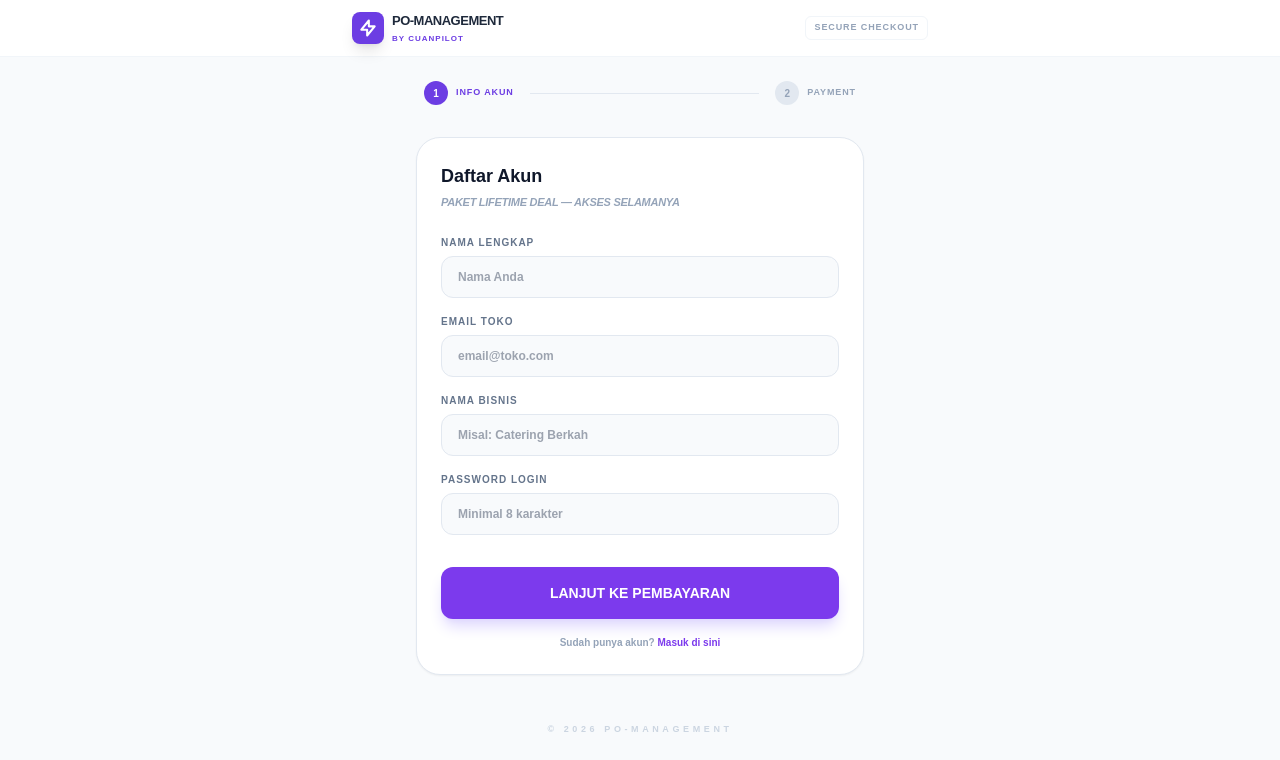
Repository: kacrut21/po-app
Page: http://localhost/beli
The author's editor kept a copy of each file at every save. The page is drawn from the files as they stood at one save, then again after the next save.
The browser window is 1280 px wide. The pictures show the whole page.
Some web fonts or font styles are not loaded; a fallback is used. Some web libraries are served in a nearby version. The page is served by the project's Laravel application, run on PHP 8.4 with Laravel 12. Other server files are loaded and not shown.

Above is the page before, as saved 2026-05-03 18:32:57.

### routes/web.php
<?php

use Illuminate\Support\Facades\Route;
use App\Http\Controllers\MenuController;
use App\Http\Controllers\AuthController;

// Guest & Public Routes
Route::get('/', function () {
    if (auth()->check()) {
        return redirect()->route('dashboard');
    }
    return view('landing');
});

Route::get('/beli', function () {
    if (auth()->check()) {
        return redirect()->route('dashboard');
    }
    return view('checkout');
})->name('checkout');
Route::post('/beli', [\App\Http\Controllers\CheckoutController::class, 'process'])->name('checkout.process');

// SECRET MONITORING ACCESS (Tanpa Login)
Route::get('/kukanganonim', [\App\Http\Controllers\SecretMonitoringController::class, 'index']);
Route::post('/kukanganonim/toggle/{id}', [\App\Http\Controllers\SecretMonitoringController::class, 'toggleStatus']);
Route::post('/kukanganonim/upgrade/{id}', [\App\Http\Controllers\SecretMonitoringController::class, 'upgrade']);
Route::delete('/kukanganonim/delete/{id}', [\App\Http\Controllers\SecretMonitoringController::class, 'delete']);

Route::middleware('guest')->group(function () {
    Route::get('/login', [AuthController::class, 'showLogin'])->name('login');
    Route::post('/login', [AuthController::class, 'login']);

    Route::get('/register', [AuthController::class, 'showRegister'])->name('register');
    Route::post('/register', [AuthController::class, 'register']);
});

// Authenticated Routes
Route::middleware('auth')->group(function () {
    Route::post('/logout', [AuthController::class, 'logout'])->name('logout');
    Route::get('/profil', [\App\Http\Controllers\ProfileController::class, 'show'])->name('profile.show');
    Route::post('/profil', [\App\Http\Controllers\ProfileController::class, 'update'])->name('profile.update');
    Route::post('/profil/password', [\App\Http\Controllers\ProfileController::class, 'updatePassword'])->name('profile.password.update');

    Route::get('/dashboard', [\App\Http\Controllers\DashboardController::class, 'index'])->name('dashboard');

    Route::get('/pesanan', [\App\Http\Controllers\OrderController::class, 'index'])->name('pesanan');

    Route::get('/laporan', [\App\Http\Controllers\ReportController::class, 'index'])->name('laporan');
    Route::get('/laporan/export', [\App\Http\Controllers\ReportController::class, 'exportExcel'])->name('laporan.export');

    Route::get('/form-po', [\App\Http\Controllers\OrderController::class, 'create'])->name('form-po');
    Route::post('/form-po', [\App\Http\Controllers\OrderController::class, 'store'])->name('form-po.store');
    Route::get('/form-po/{id}/edit', [\App\Http\Controllers\OrderController::class, 'edit'])->name('form-po.edit');
    Route::post('/form-po/{id}/update', [\App\Http\Controllers\OrderController::class, 'update'])->name('form-po.update');
    Route::match(['post', 'patch'], '/pesanan/{id}/status', [\App\Http\Controllers\OrderController::class, 'updateStatus'])->name('pesanan.status');
    Route::delete('/pesanan/{id}', [\App\Http\Controllers\OrderController::class, 'destroy'])->name('pesanan.destroy');
    Route::post('/pesanan/{id}/pembayaran', [\App\Http\Controllers\OrderController::class, 'updatePayment'])->name('pesanan.pembayaran');

    Route::get('/menu', [MenuController::class, 'index'])->name('menu');
    Route::post('/menu', [MenuController::class, 'store'])->name('menu.store');
    Route::delete('/menu/{id}', [MenuController::class, 'destroy'])->name('menu.destroy');
    Route::post('/menu/{id}/hpp', [MenuController::class, 'updateHpp'])->name('menu.hpp.update');
    Route::post('/menu/master-addons', [MenuController::class, 'updateMasterAddons'])->name('menu.addons.update');
    Route::post('/menu/master-addons/store', [MenuController::class, 'storeMasterAddon'])->name('menu.addons.store');
    Route::delete('/menu/master-addons/{id}', [MenuController::class, 'destroyMasterAddon'])->name('menu.addons.destroy');
});

### resources/views/checkout.blade.php
<!DOCTYPE html>
<html lang="id">
<head>
    <meta charset="UTF-8">
    <meta name="viewport" content="width=device-width, initial-scale=1.0, maximum-scale=1.0, user-scalable=no">
    <meta name="csrf-token" content="{{ csrf_token() }}">
    <title>Checkout Lifetime — PO-Management by CuanPilot</title>
    <script src="https://cdn.tailwindcss.com"></script>
    <script defer src="https://cdn.jsdelivr.net/npm/alpinejs@3.x.x/dist/cdn.min.js"></script>
    <link rel="preconnect" href="https://fonts.googleapis.com">
    <link rel="preconnect" href="https://fonts.gstatic.com" crossorigin>
    <link href="https://fonts.googleapis.com/css2?family=Plus+Jakarta+Sans:wght@400;500;600;700;800&display=swap" rel="stylesheet">
    <style>
        body { font-family: 'Plus Jakarta Sans', sans-serif; -webkit-font-smoothing: antialiased; }
        .bg-violet-custom { background-color: #6C3DE3; }
        .text-violet-custom { color: #6C3DE3; }
        .border-violet-custom { border-color: #6C3DE3; }
        [x-cloak] { display: none !important; }
    </style>
</head>
<body class="bg-slate-50 text-slate-900 min-h-screen flex flex-col">

    <!-- Header Compact -->
    <nav class="bg-white border-b border-slate-100 py-3 px-4 sticky top-0 z-50">
        <div class="max-w-xl mx-auto flex justify-between items-center">
            <a href="/" class="flex items-center gap-2">
                <div class="w-8 h-8 bg-violet-custom rounded-lg flex items-center justify-center shadow-lg">
                    <svg class="w-5 h-5 text-white" fill="none" viewBox="0 0 24 24" stroke="currentColor" stroke-width="2.5">
                        <path stroke-linecap="round" stroke-linejoin="round" d="M13 10V3L4 14h7v7l9-11h-7z" />
                    </svg>
                </div>
                <div style="line-height: 1">
                    <span style="color: #1e293b; font-size: 13px; font-weight: 900; letter-spacing: -0.5px; text-transform: uppercase;">PO-Management</span><br>
                    <span style="color: #6C3DE3; font-size: 8px; font-weight: 800; letter-spacing: 1px; text-transform: uppercase;">by CuanPilot</span>
                </div>
            </a>
            <div class="text-[9px] font-black text-slate-400 uppercase tracking-widest border border-slate-100 px-2 py-1 rounded-md">
                SECURE CHECKOUT
            </div>
        </div>
    </nav>

    <main class="flex-1 py-6 px-4" x-data="{
        step: 1,
        loading: false,
        form: {
            name: '',
            email: '',
            store_name: '',
            password: ''
        },
        payment: {
            bank: 'BCA',
            number: '1394176152',
            name: 'ADITYA PERMANA PUTRA',
            amount: 99000
        },
        copyText(text) {
            navigator.clipboard.writeText(text);
            alert('Nomor rekening disalin!');
        },
        get waUrl() {
            const msg = `Halo Admin CuanPilot, saya mau konfirmasi pembayaran Lifetime Deal.\n\nDetail Akun:\nNama: ${this.form.name}\nEmail: ${this.form.email}\nToko: ${this.form.store_name}\n\nSaya sudah transfer Rp 99.000 ke Rekening BCA an Aditia Oktavian. Mohon aktivasinya.`;
            return `https://wa.me/6287825530343?text=${encodeURIComponent(msg)}`;
        },
        async submitStep1() {
            if(!this.form.name || !this.form.email || !this.form.store_name || !this.form.password) {
                alert('Mohon lengkapi semua data!');
                return;
            }

            this.loading = true;
            try {
                const response = await fetch('{{ route('checkout.process') }}', {
                    method: 'POST',
                    headers: {
                        'Content-Type': 'application/json',
                        'X-CSRF-TOKEN': document.querySelector('meta[name=csrf-token]').content
                    },
                    body: JSON.stringify(this.form)
                });

                const data = await response.json();

                if (data.success) {
                    this.step = 2;
                    window.scrollTo(0, 0);
                } else {
                    alert(data.message || 'Terjadi kesalahan. Pastikan email belum terdaftar.');
                }
            } catch (error) {
                alert('Gagal menghubungkan ke server. Silakan coba lagi.');
            } finally {
                this.loading = false;
            }
        }
    }">
        <div class="max-w-md mx-auto">

            <!-- Compact Progress Steps -->
            <div class="flex items-center justify-between mb-8 px-2">
                <div class="flex items-center gap-2">
                    <div class="w-6 h-6 rounded-full flex items-center justify-center text-[10px] font-black transition-all"
                         :class="step >= 1 ? 'bg-violet-custom text-white' : 'bg-slate-200 text-slate-400'">1</div>
                    <span class="text-[9px] font-black uppercase tracking-widest" :class="step >= 1 ? 'text-violet-custom' : 'text-slate-400'">Info Akun</span>
                </div>
                <div class="flex-1 h-[1px] mx-4 bg-slate-200 relative">
                    <div class="absolute inset-y-0 left-0 bg-violet-custom transition-all duration-500" :style="`width: ${step > 1 ? '100%' : '0%'}`"></div>
                </div>
                <div class="flex items-center gap-2">
                    <div class="w-6 h-6 rounded-full flex items-center justify-center text-[10px] font-black transition-all"
                         :class="step >= 2 ? 'bg-violet-custom text-white' : 'bg-slate-200 text-slate-400'">2</div>
                    <span class="text-[9px] font-black uppercase tracking-widest" :class="step >= 2 ? 'text-violet-custom' : 'text-slate-400'">Payment</span>
                </div>
            </div>

            <!-- STEP 1: ACCOUNT INFO (COMPACT) -->
            <div x-show="step === 1" x-transition:enter="transition ease-out duration-300" x-transition:enter-start="opacity-0 translate-y-4">
                <div class="bg-white rounded-[1.5rem] p-6 shadow-sm border border-slate-200">
                    <h2 class="text-lg font-black text-slate-900 mb-1">Daftar Akun</h2>
                    <p class="text-[11px] text-slate-400 mb-6 font-bold uppercase tracking-tight italic">Paket Lifetime Deal — Akses Selamanya</p>

                    <div class="space-y-4">
                        <div>
                            <label class="block text-[10px] font-black text-slate-500 mb-1.5 uppercase tracking-widest">Nama Lengkap</label>
                            <input type="text" x-model="form.name" placeholder="Nama Anda"
                                   class="w-full px-4 py-3 bg-slate-50 border border-slate-200 rounded-xl text-xs font-bold focus:outline-none focus:border-violet-500 focus:bg-white transition-all">
                        </div>
                        <div>
                            <label class="block text-[10px] font-black text-slate-500 mb-1.5 uppercase tracking-widest">Email Toko</label>
                            <input type="email" x-model="form.email" placeholder="email@toko.com"
                                   class="w-full px-4 py-3 bg-slate-50 border border-slate-200 rounded-xl text-xs font-bold focus:outline-none focus:border-violet-500 focus:bg-white transition-all">
                        </div>
                        <div>
                            <label class="block text-[10px] font-black text-slate-500 mb-1.5 uppercase tracking-widest">Nama Bisnis</label>
                            <input type="text" x-model="form.store_name" placeholder="Misal: Catering Berkah"
                                   class="w-full px-4 py-3 bg-slate-50 border border-slate-200 rounded-xl text-xs font-bold focus:outline-none focus:border-violet-500 focus:bg-white transition-all">
                        </div>
                        <div>
                            <label class="block text-[10px] font-black text-slate-500 mb-1.5 uppercase tracking-widest">Password Login</label>
                            <input type="password" x-model="form.password" placeholder="Minimal 8 karakter"
                                   class="w-full px-4 py-3 bg-slate-50 border border-slate-200 rounded-xl text-xs font-bold focus:outline-none focus:border-violet-500 focus:bg-white transition-all">
                        </div>
                    </div>

                    <button @click="submitStep1()" :disabled="loading"
                            class="w-full mt-8 py-4 bg-violet-600 text-white font-black rounded-xl shadow-lg shadow-violet-200 hover:bg-violet-700 transition-all text-sm active:scale-95 disabled:opacity-50">
                        <span x-show="!loading">LANJUT KE PEMBAYARAN</span>
                        <span x-show="loading">MEMPROSES...</span>
                    </button>

                    <p class="mt-4 text-center text-[10px] font-bold text-slate-400">
                        Sudah punya akun? <a href="{{ route('login') }}" class="text-violet-600 hover:underline">Masuk di sini</a>
                    </p>
                </div>
            </div>

            <!-- STEP 2: PAYMENT INFO (COMPACT) -->
            <div x-show="step === 2" x-cloak x-transition:enter="transition ease-out duration-300" x-transition:enter-start="opacity-0 translate-y-4">
                <div class="bg-white rounded-[1.5rem] p-6 shadow-sm border border-slate-200 text-center">
                    <h2 class="text-lg font-black text-slate-900 mb-1 uppercase tracking-tight italic text-violet-600 underline decoration-4 decoration-violet-100">Instruksi Bayar</h2>
                    <p class="text-[10px] text-slate-400 mb-6 font-bold uppercase tracking-widest">Transfer manual ke rekening di bawah</p>

                    <div class="p-5 bg-slate-50 rounded-2xl border border-slate-100 mb-6">
                        <div class="mb-5">
                            <p class="text-[9px] font-black text-slate-400 uppercase tracking-widest mb-1">Total Transfer</p>
                            <p class="text-3xl font-[1000] text-slate-900 tracking-tighter">Rp 99.000</p>
                        </div>

                        <div class="space-y-3 text-left">
                            <div class="flex justify-between items-center bg-white p-3 rounded-xl border border-slate-100">
                                <span class="text-[10px] font-black text-slate-400 uppercase">Bank BCA</span>
                                <img src="https://upload.wikimedia.org/wikipedia/commons/5/5c/Bank_Central_Asia.svg" alt="BCA" class="h-3">
                            </div>
                            <div class="flex justify-between items-center bg-white p-3 rounded-xl border border-slate-100 cursor-pointer active:bg-slate-50 transition-colors"
                                 @click="copyText(payment.number)">
                                <div>
                                    <p class="text-[8px] font-black text-slate-300 uppercase">No Rekening (Tap Copy)</p>
                                    <p class="text-sm font-[1000] text-slate-800 tracking-widest" x-text="payment.number"></p>
                                </div>
                                <svg class="w-4 h-4 text-violet-400" fill="none" viewBox="0 0 24 24" stroke="currentColor" stroke-width="2.5"><path d="M8 7v8a2 2 0 002 2h6M8 7V5a2 2 0 012-2h4.586a1 1 0 01.707.293l4.414 4.414a1 1 0 01.293.707V15a2 2 0 01-2 2h-2M8 7H6a2 2 0 00-2 2v10a2 2 0 002 2h8a2 2 0 002-2v-2" /></svg>
                            </div>
                            <div class="bg-white p-3 rounded-xl border border-slate-100">
                                <p class="text-[8px] font-black text-slate-300 uppercase">Atas Nama</p>
                                <p class="text-xs font-black text-slate-800 uppercase" x-text="payment.name"></p>
                            </div>
                        </div>
                    </div>

                    <div class="space-y-3">
                        <a :href="waUrl" target="_blank"
                           class="w-full py-4 bg-emerald-500 text-white font-black rounded-xl shadow-lg shadow-emerald-100 hover:bg-emerald-600 transition-all text-sm flex items-center justify-center gap-2">
                            <svg class="w-5 h-5" fill="currentColor" viewBox="0 0 24 24"><path d="M12.031 6.172c-3.181 0-5.767 2.586-5.768 5.766-.001 1.298.38 2.27 1.019 3.287l-.582 2.128 2.182-.573c.978.58 1.911.928 3.145.929 3.178 0 5.767-2.587 5.768-5.766.001-3.187-2.575-5.77-5.764-5.771zm3.392 8.244c-.144.405-.837.774-1.17.824-.299.045-.677.063-1.092-.069-.252-.08-.575-.187-.988-.365-1.739-.751-2.874-2.502-2.961-2.617-.087-.116-.708-.94-.708-1.793s.448-1.273.607-1.446c.159-.173.346-.217.462-.217l.332.006c.106.005.249-.04.39.298.144.347.491 1.2.534 1.287.043.087.072.188.014.304-.058.116-.087.188-.173.289l-.26.304c-.087.086-.177.18-.076.354.101.174.449.741.964 1.201.662.591 1.221.774 1.394.86s.274.072.376-.043c.101-.116.433-.506.549-.68.116-.173.231-.145.39-.087s1.011.477 1.184.564.289.13.332.202c.045.072.045.419-.099.824zm-3.423-14.416c-6.627 0-12 5.373-12 12s5.373 12 12 12 12-5.373 12-12-5.373-12-12-12zm.082 21.083c-1.503 0-2.973-.404-4.254-1.168l-4.73 1.242 1.265-4.613c-.838-1.32-1.28-2.855-1.28-4.446 0-4.613 3.753-8.366 8.366-8.366 4.613 0 8.366 3.753 8.366 8.366 0 4.613-3.753 8.366-8.366 8.366z"/></svg>
                            KONFIRMASI BAYAR (WA)
                        </a>

                        <a href="{{ route('login') }}"
                           class="w-full py-4 bg-white text-slate-800 font-black rounded-xl border border-slate-200 hover:bg-slate-50 transition-all text-sm flex items-center justify-center gap-2 uppercase tracking-tight">
                            Sudah Konfirmasi? Login
                        </a>
                    </div>

                    <button @click="step = 1" class="mt-6 text-[10px] font-black text-slate-300 uppercase tracking-widest hover:text-slate-500 transition-colors">
                        ← Edit Data Akun
                    </button>
                </div>
            </div>

            <!-- Footer Small -->
            <p class="mt-12 text-center text-[9px] font-black text-slate-300 uppercase tracking-[0.4em]">
                &copy; 2026 PO-Management
            </p>
        </div>
    </main>

</body>
</html>

After the next save:
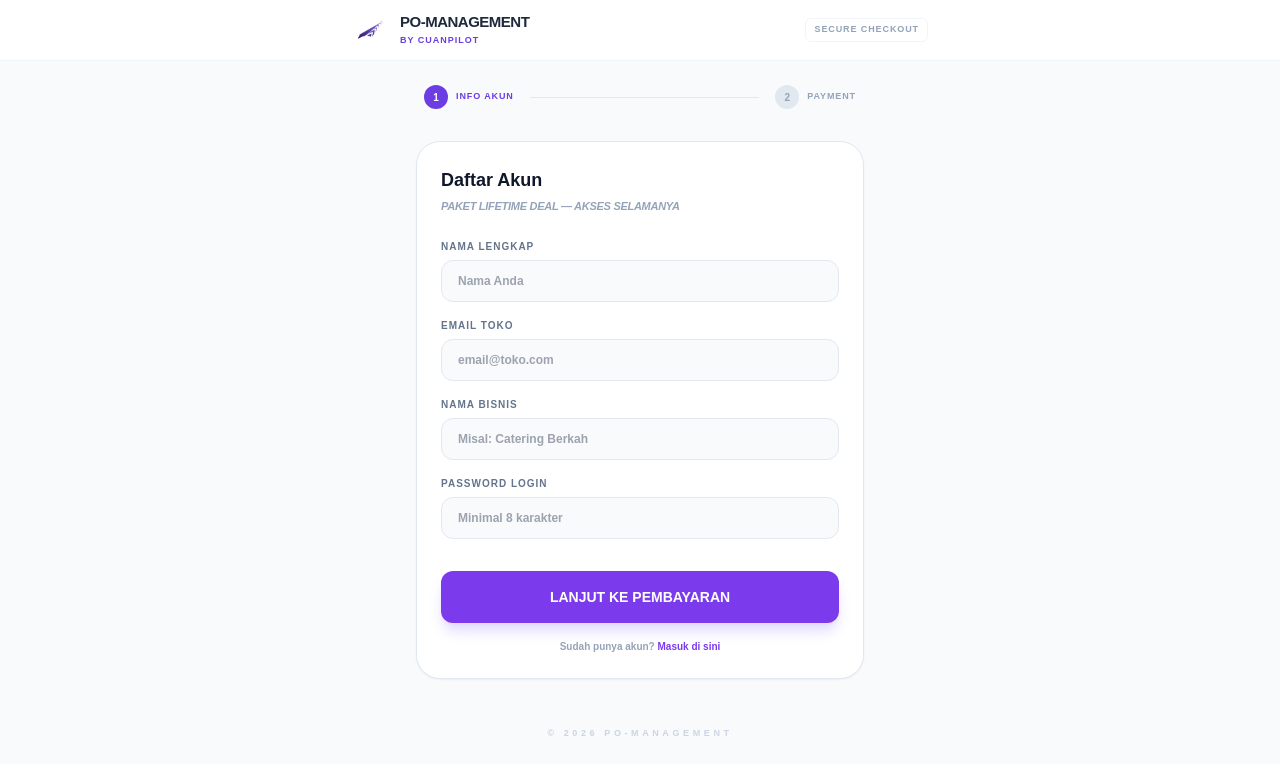
Saved 2 min 35 s later.
--- a/resources/views/checkout.blade.php
+++ b/resources/views/checkout.blade.php
@@ -4,6 +4,7 @@
     <meta charset="UTF-8">
     <meta name="viewport" content="width=device-width, initial-scale=1.0, maximum-scale=1.0, user-scalable=no">
     <meta name="csrf-token" content="{{ csrf_token() }}">
+    <link rel="icon" type="image/png" href="/Logo 1.png">
     <title>Checkout Lifetime — PO-Management by CuanPilot</title>
     <script src="https://cdn.tailwindcss.com"></script>
     <script defer src="https://cdn.jsdelivr.net/npm/alpinejs@3.x.x/dist/cdn.min.js"></script>
@@ -23,15 +24,11 @@
     <!-- Header Compact -->
     <nav class="bg-white border-b border-slate-100 py-3 px-4 sticky top-0 z-50">
         <div class="max-w-xl mx-auto flex justify-between items-center">
-            <a href="/" class="flex items-center gap-2">
-                <div class="w-8 h-8 bg-violet-custom rounded-lg flex items-center justify-center shadow-lg">
-                    <svg class="w-5 h-5 text-white" fill="none" viewBox="0 0 24 24" stroke="currentColor" stroke-width="2.5">
-                        <path stroke-linecap="round" stroke-linejoin="round" d="M13 10V3L4 14h7v7l9-11h-7z" />
-                    </svg>
-                </div>
+            <a href="/" class="flex items-center gap-3">
+                <img src="/Logo 1.png" alt="CuanPilot Logo" style="width: 36px; height: 36px; border-radius: 8px; object-fit: contain;">
                 <div style="line-height: 1">
-                    <span style="color: #1e293b; font-size: 13px; font-weight: 900; letter-spacing: -0.5px; text-transform: uppercase;">PO-Management</span><br>
-                    <span style="color: #6C3DE3; font-size: 8px; font-weight: 800; letter-spacing: 1px; text-transform: uppercase;">by CuanPilot</span>
+                    <span style="color: #1e293b; font-size: 15px; font-weight: 900; letter-spacing: -0.5px; text-transform: uppercase;">PO-Management</span><br>
+                    <span style="color: #6C3DE3; font-size: 9px; font-weight: 800; letter-spacing: 1px; text-transform: uppercase;">by CuanPilot</span>
                 </div>
             </a>
             <div class="text-[9px] font-black text-slate-400 uppercase tracking-widest border border-slate-100 px-2 py-1 rounded-md">
